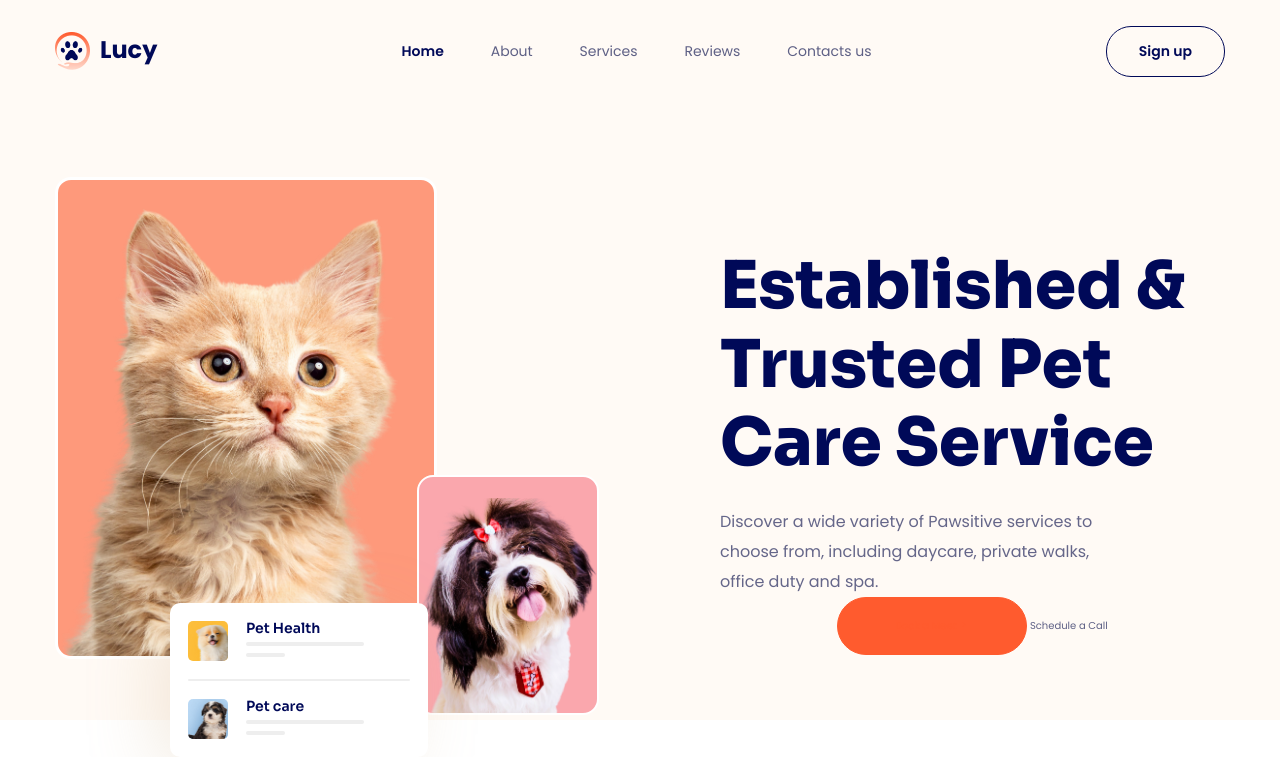
Repository: Cuongquaidan/F8projeact-04
Page: index.html
The author's editor kept a copy of each file at every save. The page is drawn from the files as they stood at one save, then again after the next save.
The browser window is 1280 px wide. The pictures show the whole page.

Above is the page before, as saved 2023-04-15 10:16:38.

### index.html
<!DOCTYPE html>
<html lang="en">
    <head>
        <meta charset="UTF-8" />
        <meta http-equiv="X-UA-Compatible" content="IE=edge" />
        <meta name="viewport" content="width=device-width, initial-scale=1.0" />
        <title>F8project-4</title>
        <!-- reset css -->
        <link rel="stylesheet" href="./asset/css/reset.css" />
        <!-- font -->
        <link rel="preconnect" href="https://fonts.googleapis.com" />
        <link rel="preconnect" href="https://fonts.gstatic.com" crossorigin />
        <link
            href="https://fonts.googleapis.com/css2?family=Poppins:ital,wght@0,200;0,300;0,400;0,500;0,600;0,700;0,800;0,900;1,100;1,200;1,300;1,400;1,500;1,600;1,700;1,800;1,900&family=Sora:wght@100;200;300;400;500;600;700;800&display=swap"
            rel="stylesheet"
        />
        <!-- icon -->
        <link
            href="https://unpkg.com/boxicons@2.1.4/css/boxicons.min.css"
            rel="stylesheet"
        />

        <!-- styles -->
        <link rel="stylesheet" href="./asset/css/styles.css" />
        <link rel="stylesheet" href="./asset/css/responsive.css" />
    </head>
    <body>
        <div class="header">
            <div class="container">
                <a href="#" class="brand__link">
                    <div class="header__brand">
                        <img
                            src="./asset/img/logo.png"
                            alt="Lucy"
                            class="brand__img"
                        />
                        <span class="brand__name">Lucy</span>
                    </div>
                </a>
                <ul class="header__nav">
                    <li class="header__nav-item">
                        <a
                            href="#header"
                            class="nav-item__link nav-item--active"
                            >Home</a
                        >
                    </li>
                    <li class="header__nav-item">
                        <a href="#about" class="nav-item__link">About</a>
                    </li>
                    <li class="header__nav-item">
                        <a href="#services" class="nav-item__link">Services</a>
                    </li>
                    <li class="header__nav-item">
                        <a href="#reviews" class="nav-item__link">Reviews</a>
                    </li>
                    <li class="header__nav-item">
                        <a href="#contacts" class="nav-item__link"
                            >Contacts us</a
                        >
                    </li>
                </ul>
                <div class="header__action">
                    <button class="header__action-btn">Sign up</button>
                </div>
            </div>
            <div class="hero">
                <div class="container hero__container">
                    <div class="hero__cards">
                        <div class="cards__media">
                            <div class="cards__main-card">
                                <img src="./asset/img/pattern-1.svg" alt="pattern" class="main-card__decor">
                                <img
                                    src="./asset/img/conmeovang.png"
                                    alt="Meomeo"
                                    class="main-cards__img"
                                />
                                <img src="./asset/img/pattern-2.svg" alt="pattern" class="main-card__decor">
                            </div>
                            <div class="cards__sub-card">
                                <img
                                    src="./asset/img/conchohong.png"
                                    alt="Pets"
                                    class="sub-cards__img"
                                />
                            </div>
                        </div>
                        <div class="cards__info-card">
                            <div class="info-card__pet">
                                <div class="pet__bg-img"><img src="./asset/img/conchovang.png" alt="pets" class="pet__img"></img></div>
                                   <div class="info__inner-card">
                                    <p class="pet__title">Pet Health</p>
                                    <div class="pet__skeleton-long"></div>
                                    <div class="pet__skeleton-short"></div>
                                   </div>

                            </div>
                            <div class="seperate"></div>
                            <div class="info-card__pet">
                                <div class="pet__bg-img"> <img src="./asset/img/conchoxanh.png" alt="pets" class="pet__img"></img></div>
                                <div class="info__inner-card">
                                    <p class="pet__title">Pet care</p>
                                <div class="pet__skeleton-long"></div>
                                <div class="pet__skeleton-short"></div>
                                </div>
                            </div>
                        </div>
                    </div>
                    <section class="hero__contents">
                        <p class="hero__contents-title title">Established &
                            Trusted Pet
                            Care Service</p>
                        <p class="hero__contents-desc desc">
                            Discover a wide variety of Pawsitive services to choose from, including daycare, private walks, office duty and spa.
                        </p>
                        <div class="hero__contents-booking">
                            <button class="btn booking__btn">Book a Meet <span class="book-chevron"><i class='bx bx-chevron-right'></i></span></button>
                            <a href="#!" class="booking-call">Schedule a Call</a>
                        </div>
                    </section>
                </div>
            </div>
        </div>
        <script src="./app.js"></script>
    </body>
</html>

### asset/css/styles.css
* {
    box-sizing: border-box;
}
html {
    font-size: 62.5%;
}

:root {
    --primary-background-color: #fffaf5;
    --primary-font-tittle: "Sora", sans-serif;
    --primary-color: #000958;
}
body {
    font-size: 1.6rem;
    font-family: "Poppins", sans-serif;
}
/* comman */
input,
textarea,
select,
button {
    font-size: inherit;
    font-family: inherit;
}
a {
    text-decoration: none;
    color: #5e6085;
}
.container {
    width: 1170px;
    margin-left: auto;
    margin-right: auto;
    display: flex;
    text-align: center;
}
.title {
    color: var(--primary-color);
    font-family: "Sora", sans-serif;
    font-size: 5.2em;
    font-weight: 800;
    text-align: left;
}
.desc {
    font-weight: 400;
    font-size: 16px;
    line-height: 30px;
    text-align: left;
    color: #656689;
}
.btn {
    height: 58px;
    min-width: 190px;
    border: 1px solid #ff5b2e;
    color: #ff5b2e;
    background-color: #ff5b2e;
    border-radius: 31px;
}
/* header */
.header {
    background-color: var(--primary-background-color);
    padding-top: 26px;
    height: 100vh;
    font-size: 1rem;
}

.header .container {
    justify-content: space-between;
}
.header__brand {
    display: flex;
    text-align: center;
    padding: 6px 0px;
}
.brand__img {
    width: 35px;
    height: auto;
    object-fit: cover;
}
.brand__name {
    color: var(--primary-color);
    font-size: 2.4em;
    font-weight: 700;
    padding: 6px 10px;
}
.header__nav {
    display: flex;
    width: 490px;
    justify-content: space-between;
    text-align: center;
}
.header__nav-item {
    padding: 18px 10px;
    font-size: 1.4em;
    color: #5e6085;
}
.nav-item--active {
    font-weight: 600;
    color: var(--primary-color);
}
.header__action-btn {
    font-size: 1.4em;
    font-weight: 600;
    padding: 14px 32px;
    border: 1px solid var(--primary-color);
    color: var(--primary-color);
    background-color: var(--primary-background-color);
    border-radius: 25px;
}
/* hero */
.hero {
    margin-top: 100px;
    font-size: 1rem;
}
.hero__container {
    display: grid;
    grid-template-columns: repeat(2, 1fr);
}
.hero__cards {
    position: relative;
}
.cards__media {
    display: flex;
    align-items: end;
}

.cards__main-card {
    position: relative;
    width: 382px;
    height: 482px;
    background-color: #fe997b;
    border: 3px solid white;
    border-radius: 16px;
}
.main-cards__img {
    position: absolute;
    bottom: 0;
    left: 0;
    max-width: 100%;
    border-radius: 16px;
}
.main-card__decor {
    position: absolute;
    z-index: -1;
    top: 17px;
    right: -35px;
}
.main-card__decor:nth-child(3) {
    position: absolute;
    top: auto;
    right: auto;
    bottom: 10px;
    left: -58px;
}

.cards__sub-card {
    position: relative;
    margin-left: -20px;
    transform: translateY(56px);
    width: 182px;
    height: 240px;
    background-color: #faa7ad;
    border: 2px solid white;
    border-radius: 16px;
}
.sub-cards__img {
    position: absolute;
    bottom: 0;
    left: 0;
    max-width: 100%;
    border-radius: 16px;
}
.cards__info-card {
    position: absolute;
    top: 426px;
    right: 212px;
    background-color: white;
    box-shadow: -17px 14px 68px -4px rgba(207, 174, 132, 0.25);
    border-radius: 10px;
}

.info-card__pet {
    display: flex;
}
.seperate {
    width: 222px;
    margin-left: 18px;
    margin-right: 18px;
    background-color: #eee;
    height: 2px;
    border-radius: 1px;
}
.pet__bg-img {
    background-color: #fdbf3d;
    margin: 18px;
    width: 40px;
    height: 40px;
    border-radius: 5px;
}
.info-card__pet:nth-child(3) .pet__bg-img {
    background-color: #bcdaf5;
}
.pet__img {
    width: 100%;
    border-radius: 5px;
}
.info__inner-card {
    margin-top: 18px;
    display: flex;
    flex-direction: column;
    align-items: start;
}
.pet__title {
    color: var(--primary-color);
    font-family: "Sora", sans-serif;
    font-size: 1.4em;
    font-weight: 600;
}
.pet__skeleton-long {
    margin-top: 7px;
    margin-bottom: 7px;
    background-color: #eee;
    border-radius: 3px;
    width: 118px;
    height: 4px;
}
.pet__skeleton-short {
    background-color: #eee;
    border-radius: 3px;
    width: 39px;
    height: 4px;
}
.hero__contents {
    padding-top: 70px;
    padding-left: 80px;
}
.hero__contents-title {
    font-size: 6.6em;
    line-height: 1.19;
    margin-bottom: 24px;
    margin-right: 30px;
}
.hero__contents-desc {
    width: 390px;
}

Loaded but not shown: asset/css/reset.css (common file); app.js (no copy from this time; the picture is the same without it); asset/css/responsive.css (no stored copy; drawn as an empty file)

After the next save:
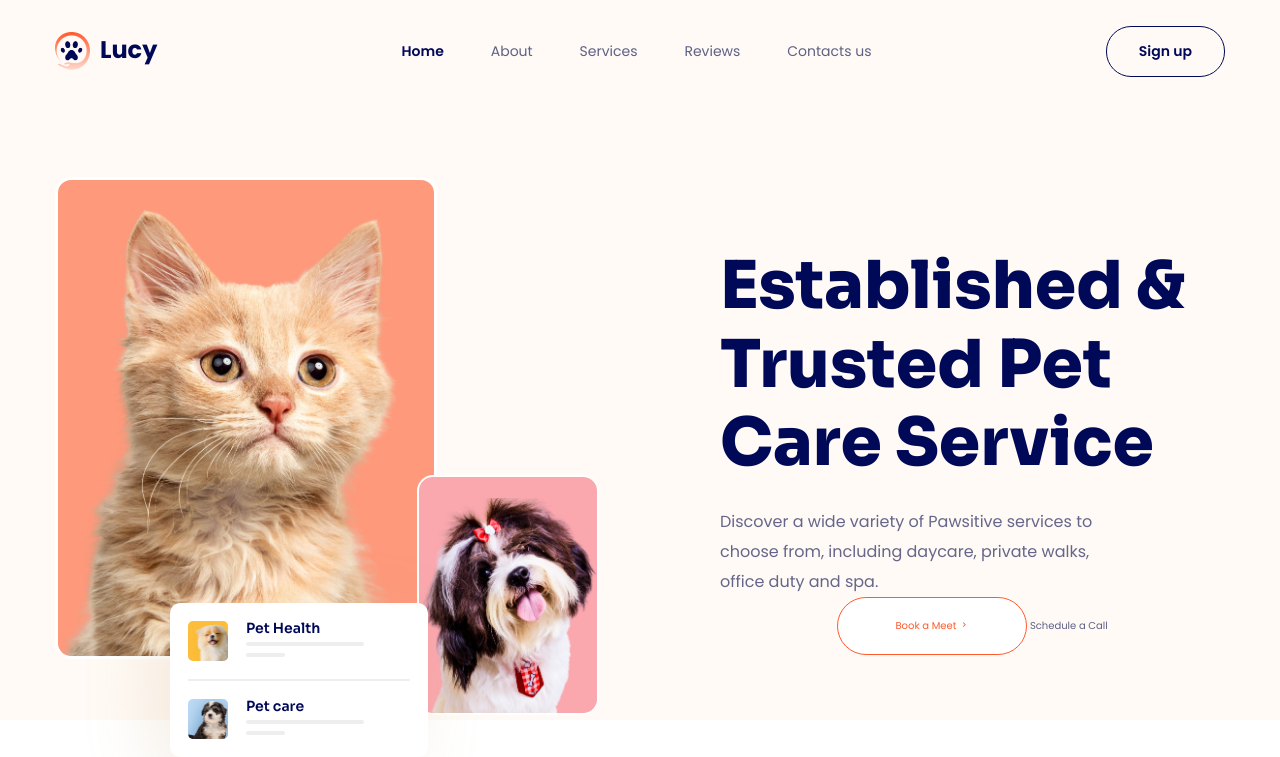
Saved 14 s later.
--- a/asset/css/styles.css
+++ b/asset/css/styles.css
@@ -52,7 +52,7 @@ a {
     min-width: 190px;
     border: 1px solid #ff5b2e;
     color: #ff5b2e;
-    background-color: #ff5b2e;
+    background-color: #ffffff;
     border-radius: 31px;
 }
 /* header */
